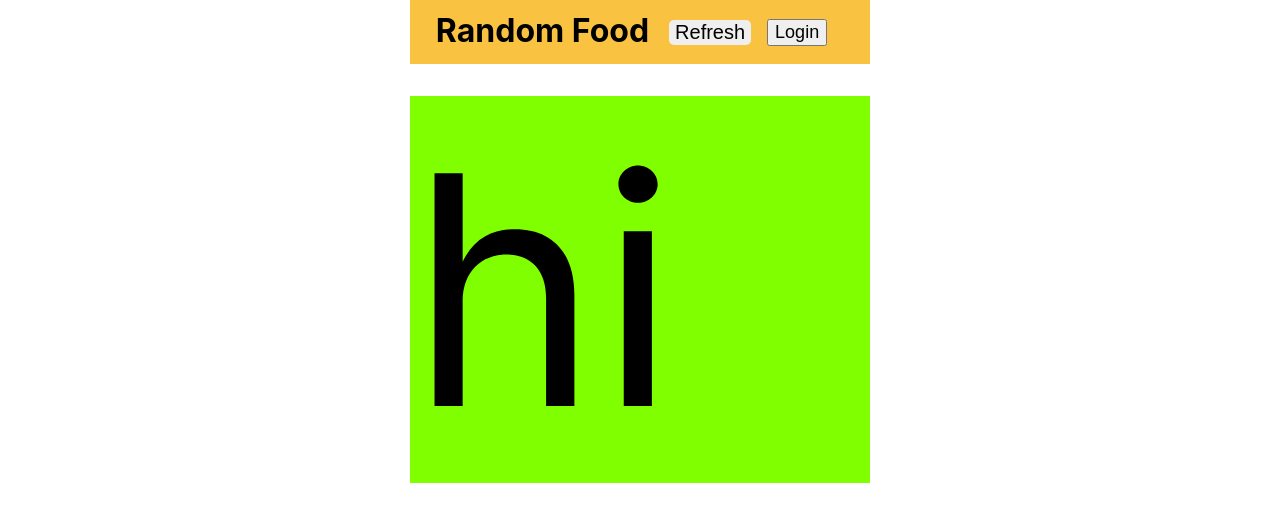
Repository: limjoohyun2030/random-food
Page: /random-food/home
An editor plug-in stored every save of this project. The page is shown before and after the next save, followed by the edit.
The browser window is 1280 px wide. The pictures show the whole page.
The page's requests for data from a server got no answer. The project was rebuilt for these pictures with package versions that can differ from the ones it lists, and the page was loaded fresh each time. A package was used in the major version that the imports need, not the one package.json lists. No one was signed in, and anything a server would have sent is missing. Also part of the build but not shown: src/components/food_detail/food_detail.module.css, src/components/food_detail/food_detail.jsx, src/components/food_item/food_item.module.css, src/components/food_item/food_item.jsx, src/components/login/login.module.css, src/components/login/login.jsx.

Above is the page before, as saved 2021-11-11 02:16:37.

After the next save:
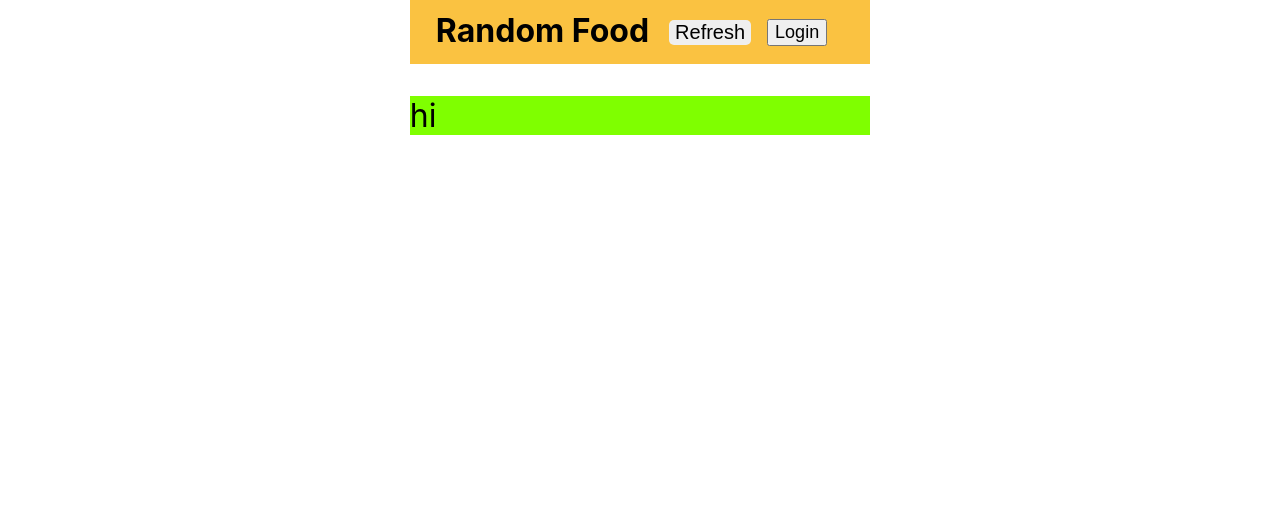
Saved 13 s later.
--- a/src/components/food_list/food_list.module.css
+++ b/src/components/food_list/food_list.module.css
@@ -11,7 +11,7 @@
 
 .sidebars {
   background-color: chartreuse;
-  font-size: 20em;
+  font-size: 2em;
 }
 
 @media screen and (max-width: 769px) {
